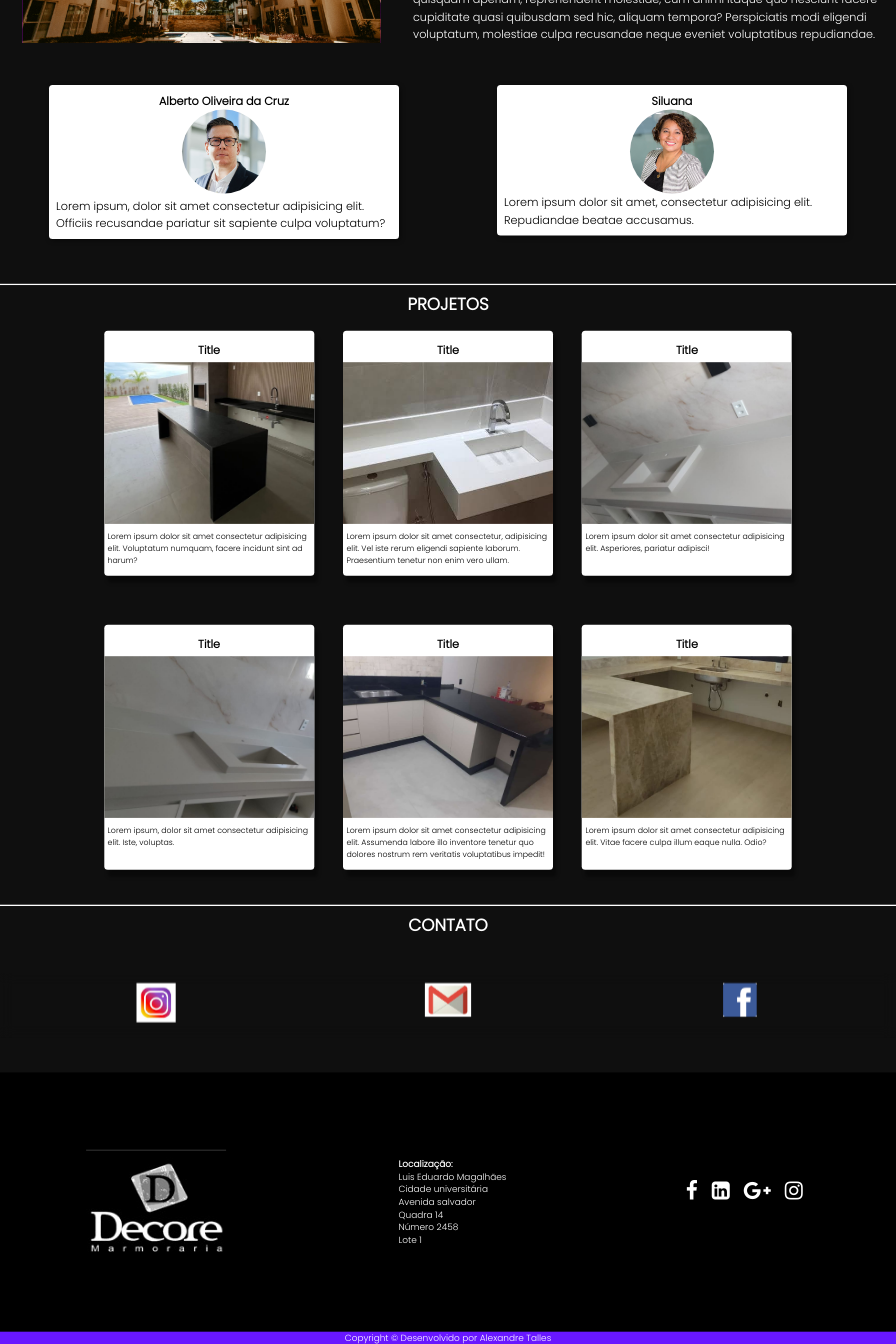
Repository: XFERRER7/projeto-xt7
Page: projetoMarmoraria/index.html
The author's editor kept a copy of each file at every save. The page is drawn from the files as they stood at one save, then again after the next save.
The browser window is 1280 px wide. The pictures show the part of the page from y = 1059 to 2979 px (the page is 2979 px tall before and 2916 px after), at 70% of full size.
Some web libraries are served in a nearby version.

Above is the page before, as saved 2022-05-09 18:39:21.

After the next save:
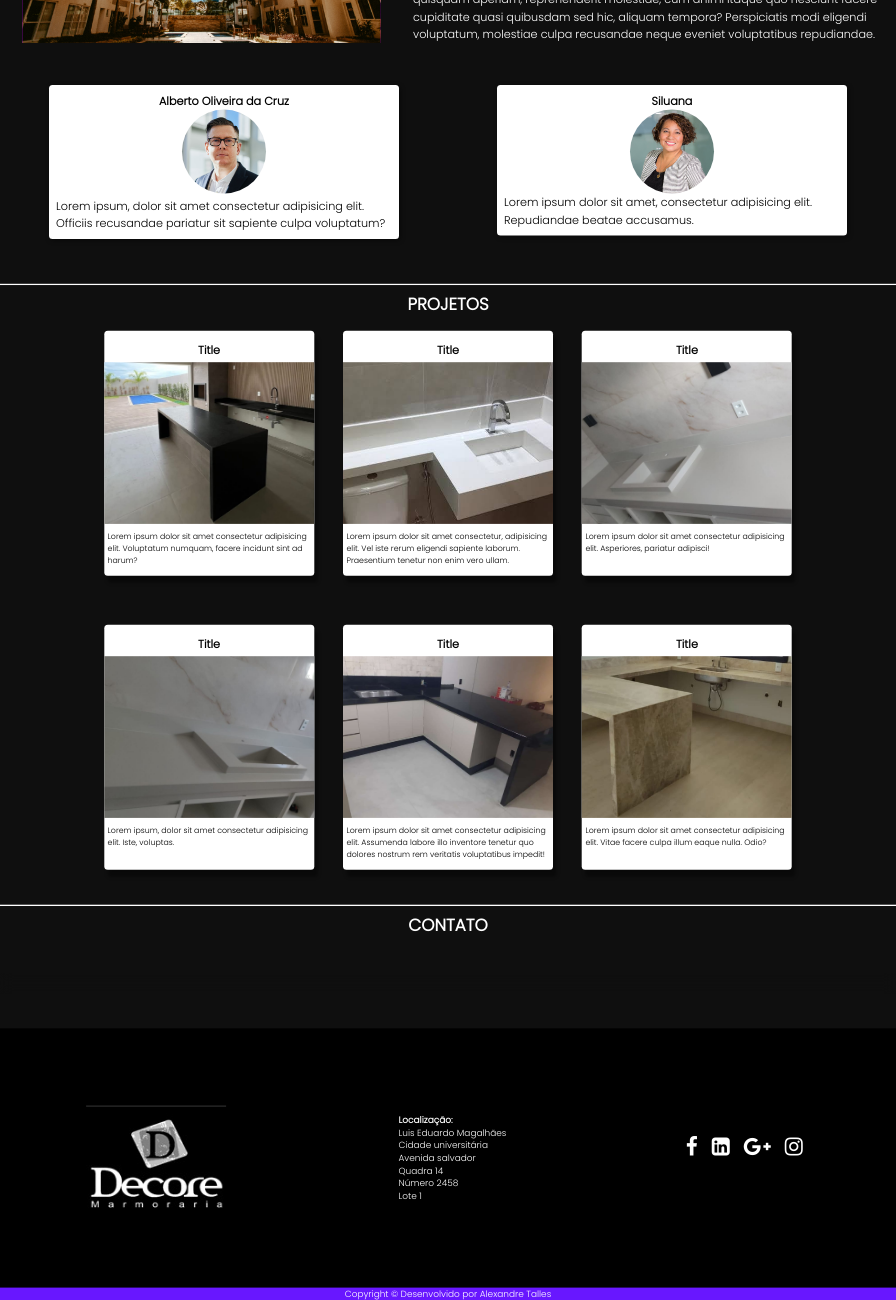
Saved 11 s later.
--- a/projetoMarmoraria/index.html
+++ b/projetoMarmoraria/index.html
@@ -186,10 +186,7 @@
     <section class="section-c">
       <h1 id="section-c-h1">CONTATO</h1>
       <div id="main-div-img">
-        <a href="#" target="_blank" class="media"><img src="img/logo-instagram.jpg" alt="insta-img" class="div-img"></a>
-        <a href="#" target="_blank" class="media"><img src="img/logo-gmail.jpg" alt="gmail-img" class="div-img"></a>
-        <a href="#" target="_blank" class="media"><img src="img/logo-facebook.png" alt="face-img" class="div-img"
-            id="img-face"></a>
+
       </div>
     </section>
 
